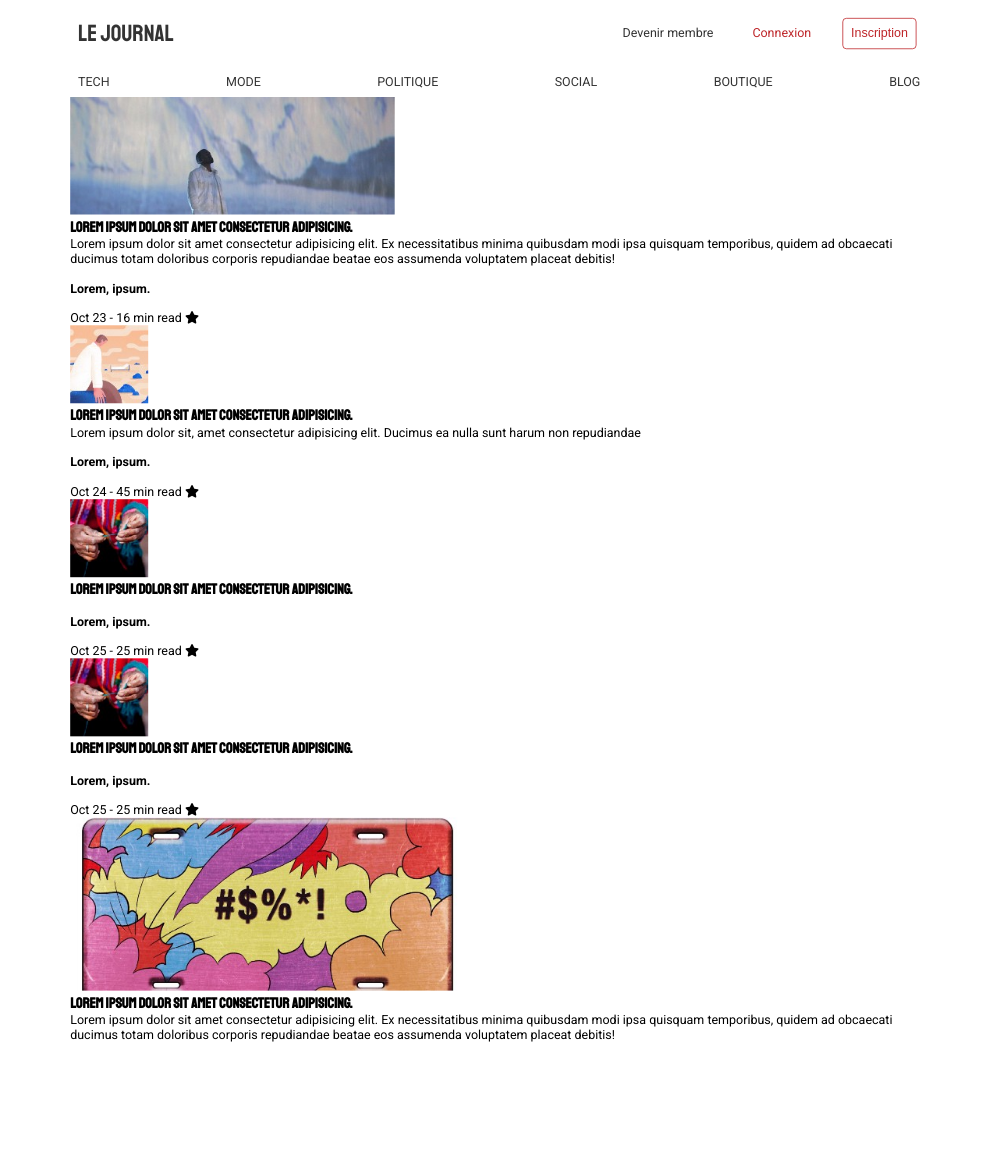
Repository: AmelYahyaoui/journal
Page: index.html
An editor plug-in stored every save of this project. The page is shown before and after the next save, followed by the edit.
The browser window is 1280 px wide. The pictures show the whole page, at 78% of full size.
Some web libraries are served in a nearby version.

Above is the page before, as saved 2024-10-08 14:06:41.

After the next save:
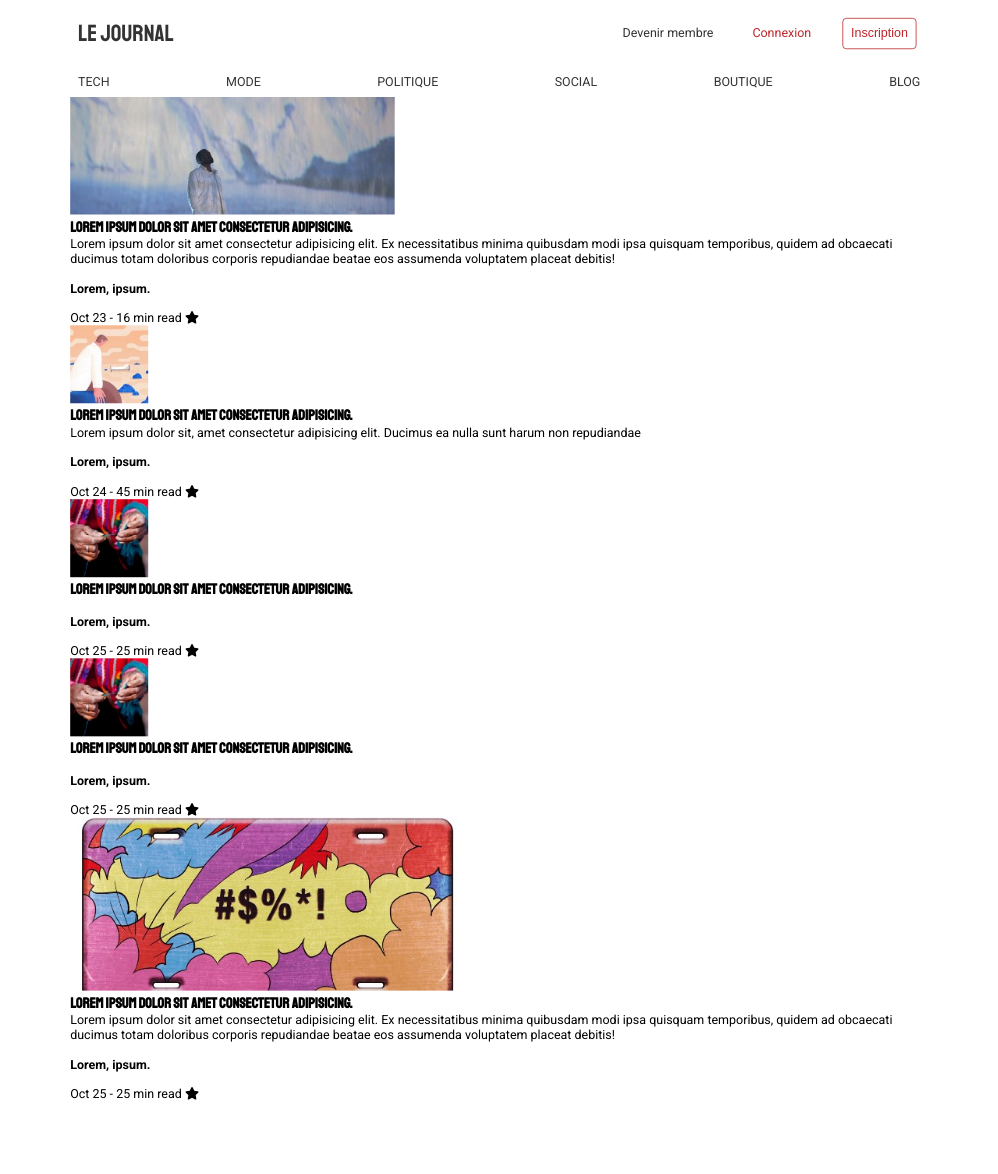
Saved 15 s later.
--- a/index.html
+++ b/index.html
@@ -90,9 +90,14 @@
       <img src="img/img/bloc-5.jpeg" alt="">
       <h3>Lorem ipsum dolor sit amet consectetur adipisicing.</h3>
       <p>Lorem ipsum dolor sit amet consectetur adipisicing elit. Ex necessitatibus minima quibusdam modi ipsa quisquam temporibus, quidem ad obcaecati ducimus totam doloribus corporis repudiandae beatae eos assumenda voluptatem placeat debitis!</p>
-      <p></p>
-      <p></p>
-      <icons></icons>
+      <br>
+      <p><b>Lorem, ipsum.</b></p>
+      <br>
+      <p>
+        Oct 25 - 25 min read
+        <icon>
+          <i class="fa-sharp fa-solid fa-star"></i>
+        </icon>
     </article>
   </section>
 
